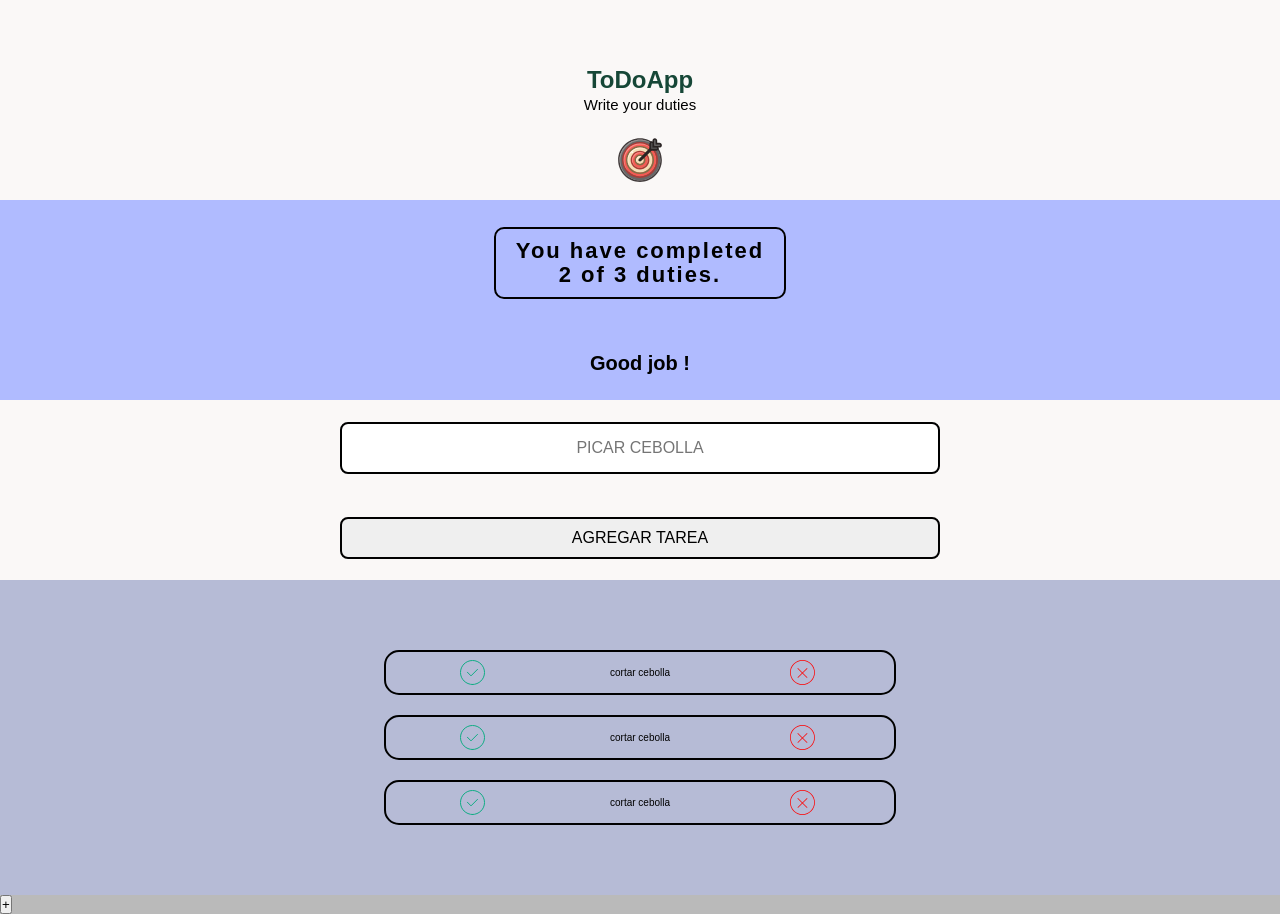
Repository: ChristianGecchelin/to-do-app
Page: /
These files come from the project's save history. The page is drawn as it stood at one moment and after the next save; the edit follows.
The browser window is 1280 px wide. The pictures show the whole page.
The project was rebuilt for these pictures with package versions that can differ from the ones it lists, and the page was loaded fresh each time.

Above is the page before, as saved 2022-01-12 15:45:54.

### src/index.js
import React from "react";
import ReactDOM from "react-dom";
import App from "./App";
//import { ChakraProvider } from "@chakra-ui/react";
import "./index.css";

ReactDOM.render(<App />, document.getElementById("root"));

### src/App.js
import { ToDoCounter } from "./ToDoCounter";
import { ToDoSearch } from "./ToDoSearch";
import { ToDoList } from "./ToDoList";
import { CreateToDoButton } from "./CreateToDoButton";
import { ToDoItem } from "./ToDoItem";
import { Header } from "./Header";
// import './App.css';

const todos = [
  { text: "cortar cebolla", completed: false },
  { text: "cortar cebolla", completed: false },
  { text: "cortar cebolla", completed: false },
];

function App() {
  return (
    <>
      <Header />
      <ToDoCounter />
      {<ToDoSearch />}
      <ToDoList>
        {todos.map((todo) => (
          <ToDoItem key={todo.text} text={todo.text} />
        ))}
      </ToDoList>

      <CreateToDoButton />
    </>
  );
}

export default App;

### src/index.css
* {
  box-sizing: border-box;
  margin: 0;
  padding: 0;
}
html {
  font-size: 62.5%;
  font-family: "DM Sans", sans-serif;
}
body {
  background: #bababa;
}

### src/ToDoCounter.js
import "./styles/ToDoCounter.css";
function ToDoCounter() {
  return (
    <section className="counter-container">
      <div className="title-card">
        <h2 className="counter-title">
          You have completed <br />2 of 3 duties.
        </h2>
      </div>
      {/* como podria cambiar ese br? */}
      <p className="counter-congrats">Good job !</p>
    </section>
  );
}
export { ToDoCounter };
/* Modificar que sea variable la cantidad de tareas completadas, que el good job cambie cuando llevo menos de la mitad de tareas completadas. */

### src/ToDoSearch.js
import "./styles/ToDoSearch.css";
function ToDoSearch() {
  return (
    <section className="search-container">
      <input className="search-input" placeholder="Picar cebolla"></input>
      <button className="search-button">Agregar tarea</button>
    </section>
  );
}
export { ToDoSearch };

### src/ToDoList.js
import "./styles/ToDoList.css";
function ToDoList(props) {
  return (
    <section className="list-container">
      <ul className="item-container"> {props.children}</ul>
    </section>
  );
}
export { ToDoList };

### src/CreateToDoButton.js
function CreateToDoButton() {
  return <button>+</button>;
}
export { CreateToDoButton };

### src/ToDoItem.js
function ToDoItem(props) {
  return (
    <li className="list-item">
      <span className="check"></span>
      <p className="text-item">{props.text}</p>
      <span className="delete"></span>
    </li>
  );
}
export { ToDoItem };

### src/Header.js
import "./styles/header.css";
function Header() {
  return (
    <header>
      <h1>ToDoApp</h1>
      <h3>Write your duties</h3>
      <span></span>
    </header>
  );
}
export { Header };

### src/styles/ToDoCounter.css
.counter-container {
  display: flex;
  flex-direction: column;
  justify-content: space-around;
  align-items: center;
  width: 100%;
  min-width: 300px;
  height: 200px;
  margin: 0 auto;
  text-align: center;
  background: #b0bbff;
}
.title-card {
  border: 2px solid black;
  border-radius: 10px;
}
.counter-title {
  font-size: 2.2rem;
  font-weight: 700;
  line-height: 2.4rem;
  letter-spacing: 0.2rem;
  padding: 10px 20px;
}
.counter-congrats {
  font-size: 2rem;
  font-weight: 700;
  line-height: 2rem;
}

/* como funciona la especifidad en css en react? */

### src/styles/ToDoSearch.css
.search-container {
  display: flex;
  flex-direction: column;
  margin: 0 auto;
  justify-content: space-around;
  width: 100%;
  min-width: 200px;
  height: 180px;
  text-align: center;
  background: #faf8f7;
}
.search-input {
  width: 60%;
  max-width: 600px;
  border: 2px solid black;
  border-radius: 8px;
  margin: 0 auto;
  text-align: center;
  padding: 15px 20px;
  font-size: 1.6rem;
}
.search-button {
  width: 60%;
  max-width: 600px;
  margin: 0 auto;
  padding: 10px 0;
  border: 2px solid black;
  border-radius: 8px;
  outline: none;
  font-size: 1.6rem;
  text-transform: uppercase;
}
.search-input:focus {
  outline: none;
  border: 2px solid green;
  background: rgba(240, 239, 239, 0.7);
}
.search-input::placeholder {
  text-transform: uppercase;
}

### src/styles/ToDoList.css
.list-container {
  display: flex;
  flex-direction: column;
  justify-content: center;
  align-items: center;
  width: 100%;
  height: auto;
  padding: 50px 0;
  background: rgb(176 187 255 / 40%);
}
.item-container {
  width: 40%;
}
.list-item {
  position: relative;
  display: flex;
  flex-direction: row;
  justify-content: space-around;
  margin: 20px 0px;
  padding: 15px 0;
  border: 2px solid black;
  border-radius: 15px;
}
.check {
  position: absolute;
  top: 8px;
  left: calc(50% - 180px);
  background-image: url(../assets/check.svg);
  width: 25px;
  height: 25px;
  background-repeat: no-repeat;
  background-size: contain;
}
.delete {
  position: absolute;
  top: 8px;
  left: calc(50% + 150px);
  background-image: url(../assets/cross.svg);
  width: 25px;
  height: 25px;
  background-repeat: no-repeat;
  background-size: contain;
  fill: #81b5a8;
  -webkit-mask: url(../assets/cross.svg);
  mask: url(../assets/cross.svg);
  mask-size: cover;
  background: red;
}

### src/styles/header.css
header {
  position: relative;
  display: flex;
  flex-direction: column;
  justify-content: center;
  align-items: center;
  width: 100%;
  min-width: 320px;
  height: 200px;
  text-align: center;
  padding-bottom: 50px;
  background: #faf8f7;
}
header h1 {
  align-items: center;
  font-size: 2.4rem;
  font-weight: 700;
  line-height: 3rem;
  color: rgb(22, 71, 55);
  padding-top: 15px;
  padding-bottom: 5px;
  margin-top: 10px;
}
header h3 {
  align-items: center;
  font-size: 1.5rem;
  font-weight: 500;
  line-height: 1rem;
}
header span {
  position: absolute;
  top: 135px;
  background-image: url(../assets/header.svg);
  width: 50px;
  height: 50px;
  background-repeat: no-repeat;
  background-size: contain;
}
/*Falta completar con tipografias y colores, imagen span*/

Loaded but not shown: public/index.html (common file)

After the next save:
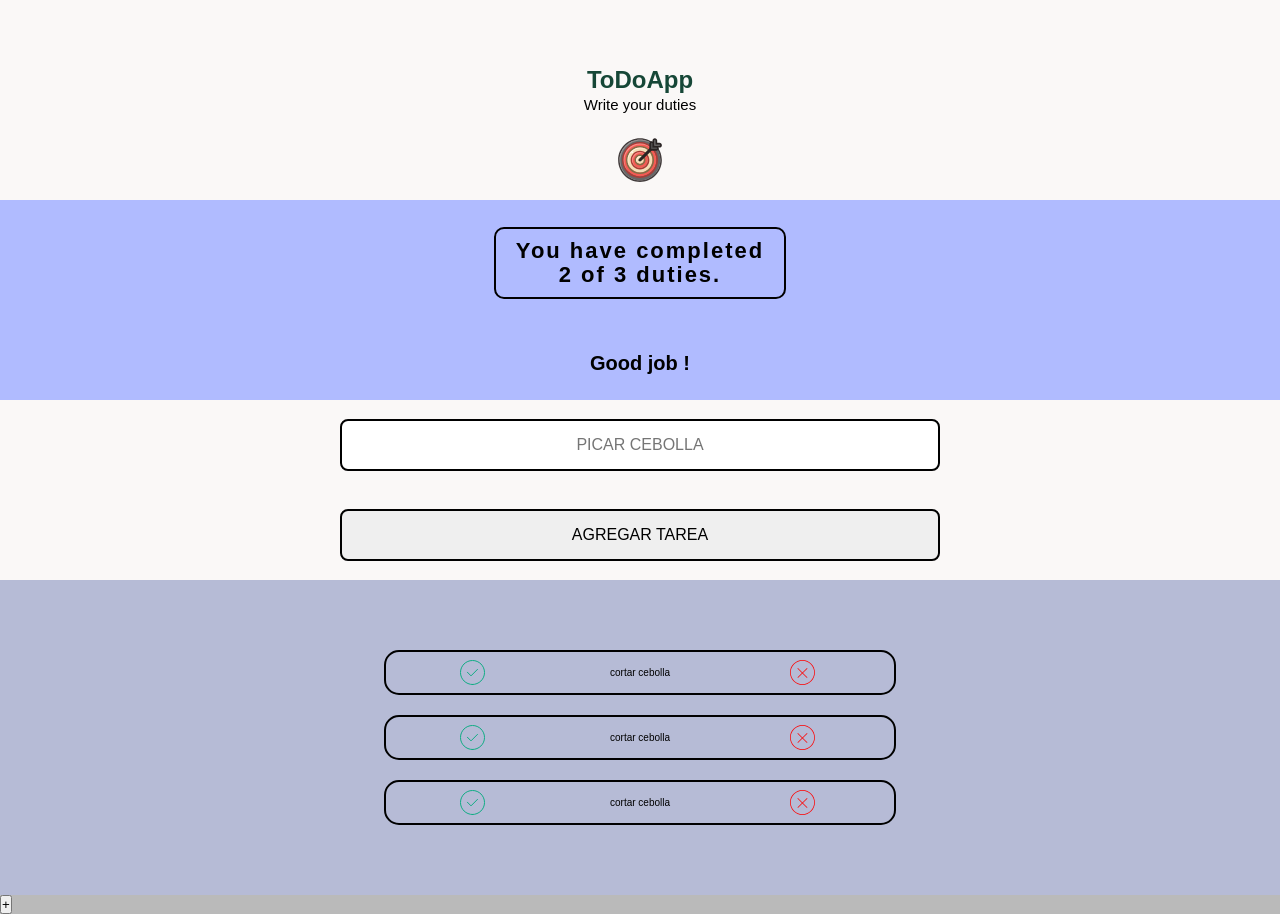
Saved 7 s later.
--- a/src/styles/ToDoSearch.css
+++ b/src/styles/ToDoSearch.css
@@ -23,7 +23,7 @@
   width: 60%;
   max-width: 600px;
   margin: 0 auto;
-  padding: 10px 0;
+  padding: 15px 0;
   border: 2px solid black;
   border-radius: 8px;
   outline: none;
